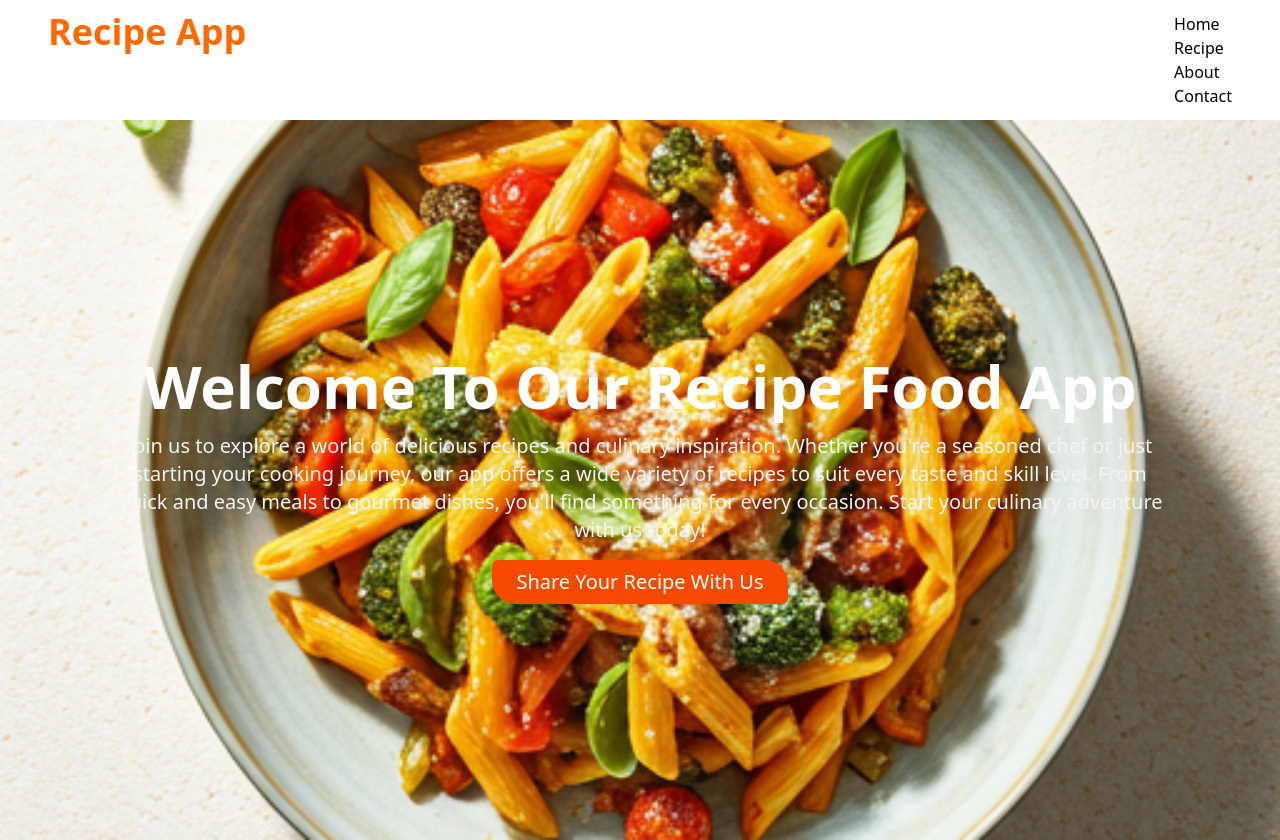
Repository: Eslam0Mohamed/mern-recipe-app
Page: / (app in FrontEnd/)
The author's editor kept a copy of each file at every save. The page is drawn from the files as they stood at one save, then again after the next save.
The browser window is 1280 px wide. The pictures show the whole page.
The project was rebuilt for these pictures with package versions that can differ from the ones it lists, and the page was loaded fresh each time. Also part of the build but not shown: FrontEnd/vite.config.js.

Above is the page before, as saved 2026-05-07 18:39:15.

After the next save:
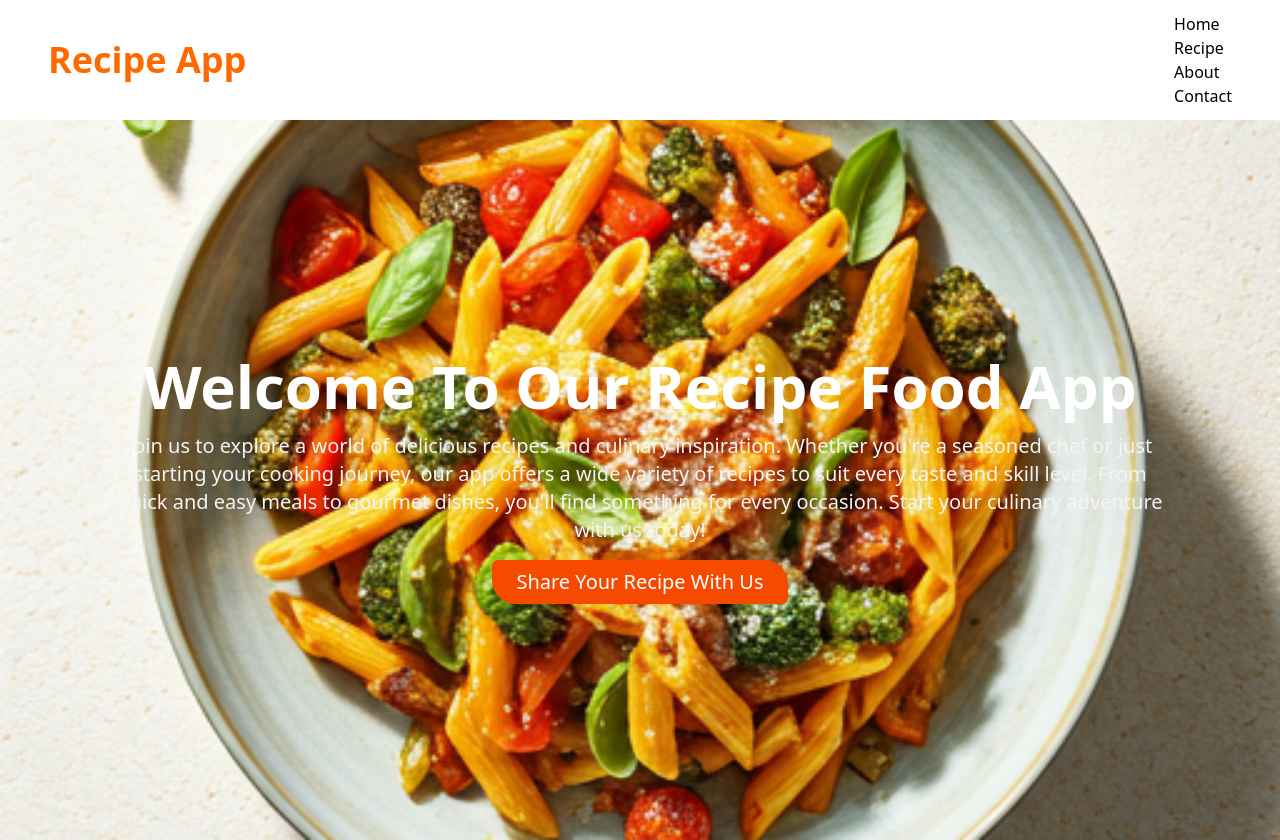
Saved 4 s later.
--- a/FrontEnd/src/components/Navbar.jsx
+++ b/FrontEnd/src/components/Navbar.jsx
@@ -3,7 +3,7 @@ import React from 'react'
 const Navbar = () => {
     return (
         <header>
-            <nav className='px-12 py-3 flex justify-between '>
+            <nav className='px-12 py-3 flex justify-between items-center '>
                 <div className="logo text-4xl text-orange-500 font-extrabold ">
                     Recipe App
                 </div>
